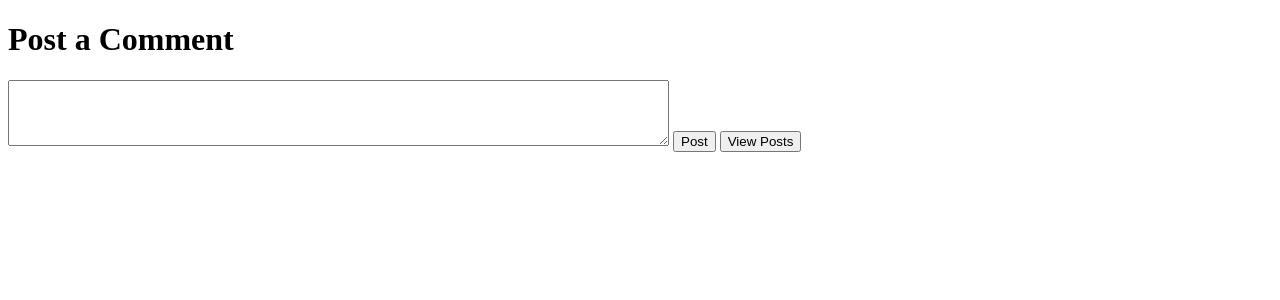
Repository: qazix/cs313
Page: http://localhost/webForum/newComment.jsp
These files come from the project's save history. The page is drawn as it stood at one moment and after the next save; the edit follows.
The browser window is 1280 px wide. The pictures show the whole page.
The page is served by Tomcat 9.

Above is the page before, as saved 2014-03-08 22:02:21.

After the next save:
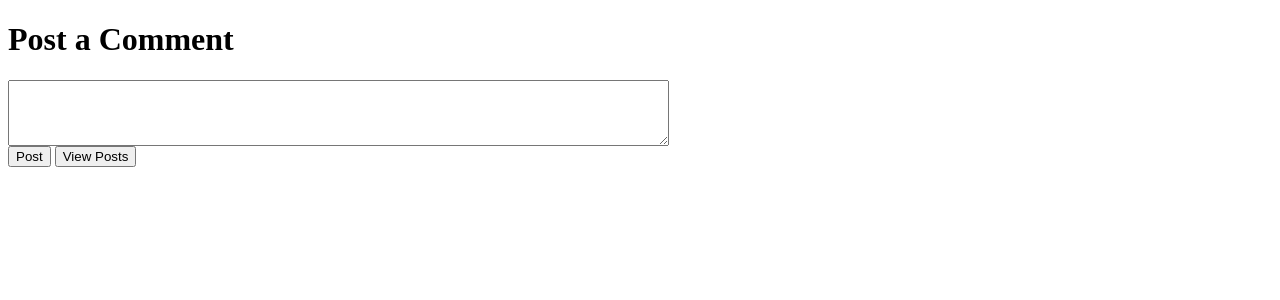
Saved 31 s later.
--- a/Eclipse/webForum/WebContent/newComment.jsp
+++ b/Eclipse/webForum/WebContent/newComment.jsp
@@ -9,7 +9,7 @@
 <body>
 	<h1>Post a Comment</h1>
 	<form action="/webForum/postComment" method="POST">
-		<textarea name="comment" rows="4" cols="80"></textarea>
+		<textarea name="comment" rows="4" cols="80"></textarea> <br/>
 		<button>Post</button>
 		<input type="button" onClick="parent.location='/webForum/viewPosts.jsp'" value="View Posts" />
 	</form>
